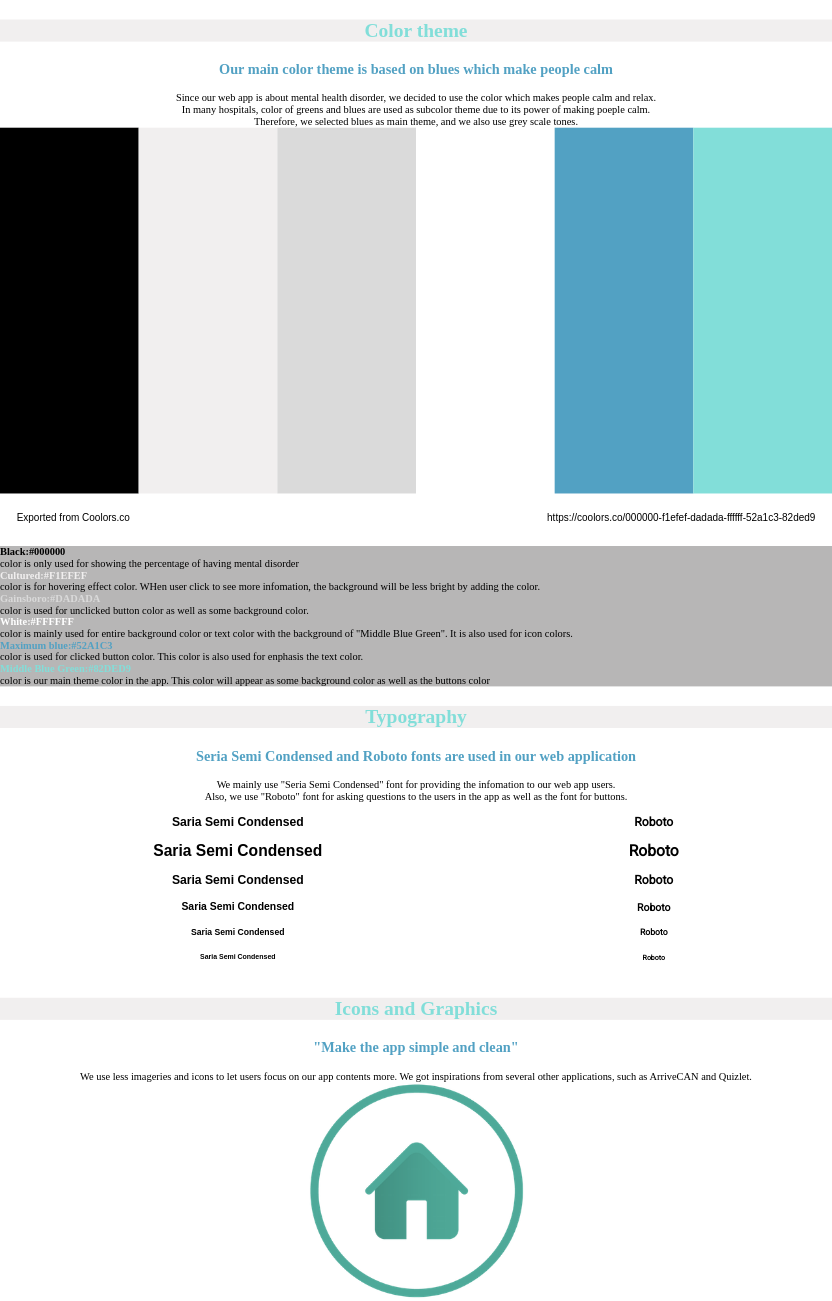
Repository: zzs1/style-guide
Page: style guide/Chisaki_styleGuide_part2/index.html
An editor plug-in stored every save of this project. The page is shown before and after a run of saves, followed by the edit.
The browser window is 1280 px wide. The pictures show the whole page, at 65% of full size.
Some web fonts or font styles are not loaded; a fallback is used.

Above is the page before, as saved 2021-03-21 20:49:03.

### style guide/Chisaki_styleGuide_part2/index.html
<!DOCTYPE html>
<html lang="en">
<head>
  <meta charset="UTF-8">
  <meta name="viewport" content="width=device-width, initial-scale=1.0">
  <title>Style guide - Colour Palette & Typography, Imagery, Graphics -</title>
  <link href ="style.css" rel="stylesheet" />
  <link href="https://fonts.googleapis.com/css2?family=Saira+Semi+Condensed:wght@500&display=swap" rel="stylesheet">
  <link href="https://fonts.googleapis.com/css2?family=Roboto&display=swap" rel="stylesheet">
</head>
<body>
  <div id="main">
    <article>
      <!--Color theme section starts-->
      <section>
        <h1 class="title">Color theme</h1>
        <h3 class="subtitle">Our main color theme is based on blues which make people calm</h3>
        <p>
          Since our web app is about mental health disorder, we decided to use the color which makes people calm and relax.<br>
          In many hospitals, color of greens and blues are used as subcolor theme due to its power of making poeple calm.<br>
          Therefore, we selected blues as main theme, and we also use grey scale tones.
        </p>
        <div id="colorbox">
          <img src="palette.svg" alt="color pallette">
          <p style="background-color: rgb(183, 182, 182); text-align: left; display: flex; flex-direction: column;">
            <strong style="color:#000000;">Black:#000000</strong> color is only used for showing the percentage of having mental disorder<br>
            <strong style="color:#F1EFEF;">Cultured:#F1EFEF</strong> color is for hovering effect color. WHen user click to see more infomation, the background will be less bright by adding the color.<br>
            <strong style="color:#DADADA;">Gainsboro:#DADADA</strong> color is used for unclicked button color as well as some background color.<br>
            <strong style="color:#FFFFFF;">White:#FFFFFF</strong> color is mainly used for entire background color or text color with the background of "Middle Blue Green". It is also used for icon colors.<br>
            <strong style="color:#52A1C3;">Maximum blue:#52A1C3</strong> color is used for clicked button color. This color is also used for enphasis the text color.<br>
            <strong style="color:#82DED9;">Middle Blue Green:#82DED9</strong> color is our main theme color in the app. This color will appear as some background color as well as the buttons color<br>
          </p>
        </div>
      </section>

      <!--typography section starts-->
      <section id="typo">
        <h1 class="title">Typography</h1>
        <h3 class="subtitle">
          Seria Semi Condensed and Roboto fonts are used in our web application
        </h3>
        <p>
          We mainly use "Seria Semi Condensed" font for providing the infomation to our web app users.<br>
          Also, we use "Roboto" font for asking questions to the users in the app as well as the font for buttons.<br>
        </p>
        <div id="typobox">
          <div id="saria">
            <h1>Saria Semi Condensed</h1>
            <h2>Saria Semi Condensed</h2>
            <h3>Saria Semi Condensed</h3>
            <h4>Saria Semi Condensed</h4>
            <h5>Saria Semi Condensed</h5>
            <h6>Saria Semi Condensed</h6>
          </div>
          <div id="roboto">
            <h1>Roboto</h1>
            <h2>Roboto</h2>
            <h3>Roboto</h3>
            <h4>Roboto</h4>
            <h5>Roboto</h5>
            <h6>Roboto</h6>
          </div>
      </div>
      </section>

      <!--icon section starts-->
      <section>
        <h1 class="title">Icons and Graphics</h1>
        <h3 class="subtitle">
          "Make the app simple and clean"
        </h3>
        <p>
          We use less imageries and icons to let users focus on our app contents more. We got inspirations from several other applications, such as ArriveCAN and Quizlet.
        </p>
        <div id="iconbox">
          <img src="home.png"/>
        </div>
        <div id="graphicbox">

        </div>
      </section>
  </article>
  </div>
</body>
</html>

### style guide/Chisaki_styleGuide_part2/style.css
body, html{
  margin:0;
  text-align:center;
}
p{
  margin:0;
}
.title{
  font-size:30px;
  color:#82DED9;
  background-color: #F1EFEF;
}
.subtitle{
  font-size:22px;
  color:#52A1C3;
}

#typobox{
  display:flex;

}
#saria {
  font-family: 'Saira Semi Condensed', sans-serif;
  flex-grow: 1;

}
#roboto {
  font-family: 'Roboto', sans-serif;
  flex-grow: 1;
}

After the next 2 saves:
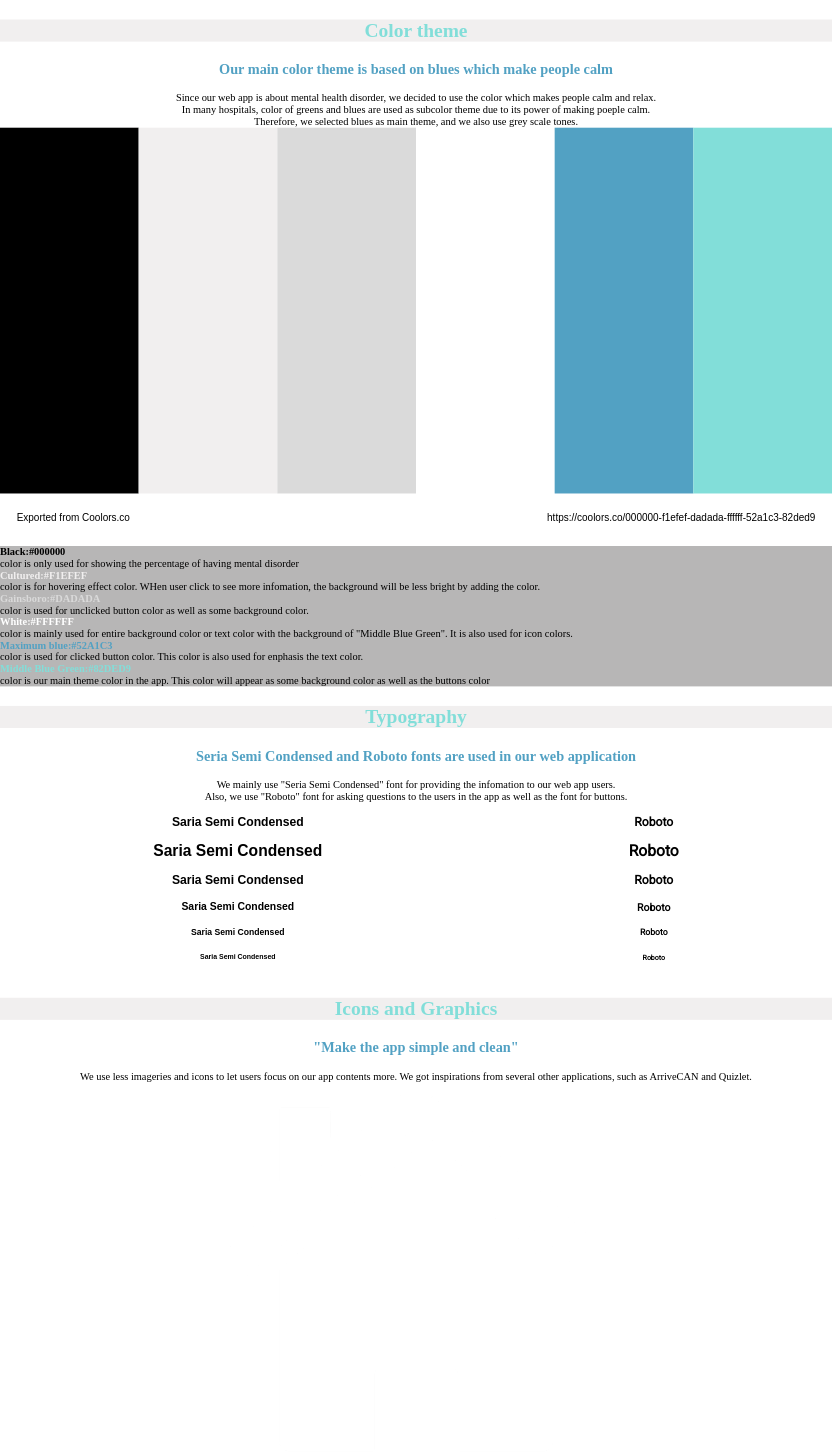
The 2 saves are shown as one change because they came seconds apart.
The last was saved 21 s later.
--- a/style guide/Chisaki_styleGuide_part2/index.html
+++ b/style guide/Chisaki_styleGuide_part2/index.html
@@ -73,7 +73,7 @@
           We use less imageries and icons to let users focus on our app contents more. We got inspirations from several other applications, such as ArriveCAN and Quizlet.
         </p>
         <div id="iconbox">
-          <img src="home.png"/>
+          <img src="home_white.png"/>
         </div>
         <div id="graphicbox">
 
